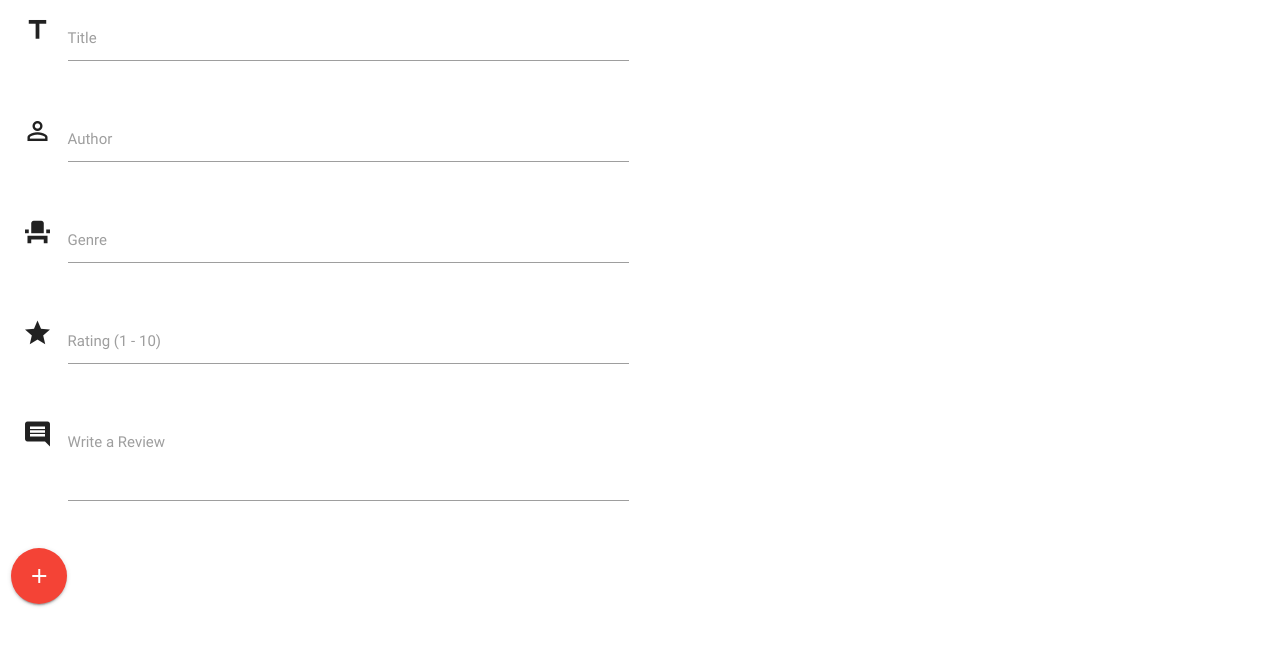
Repository: johnny-don/a-novel-idea
Page: http://localhost/add_review
The author's editor kept a record of every edit. The page is drawn from the files as they stood at one moment, then again after the next edit.
The browser window is 1280 px wide. The pictures show the whole page.
Some web libraries are served in a nearby version. The page is served by the project's application, run on Flask 3 (app.py).

Above is the page before.

After the next edit:
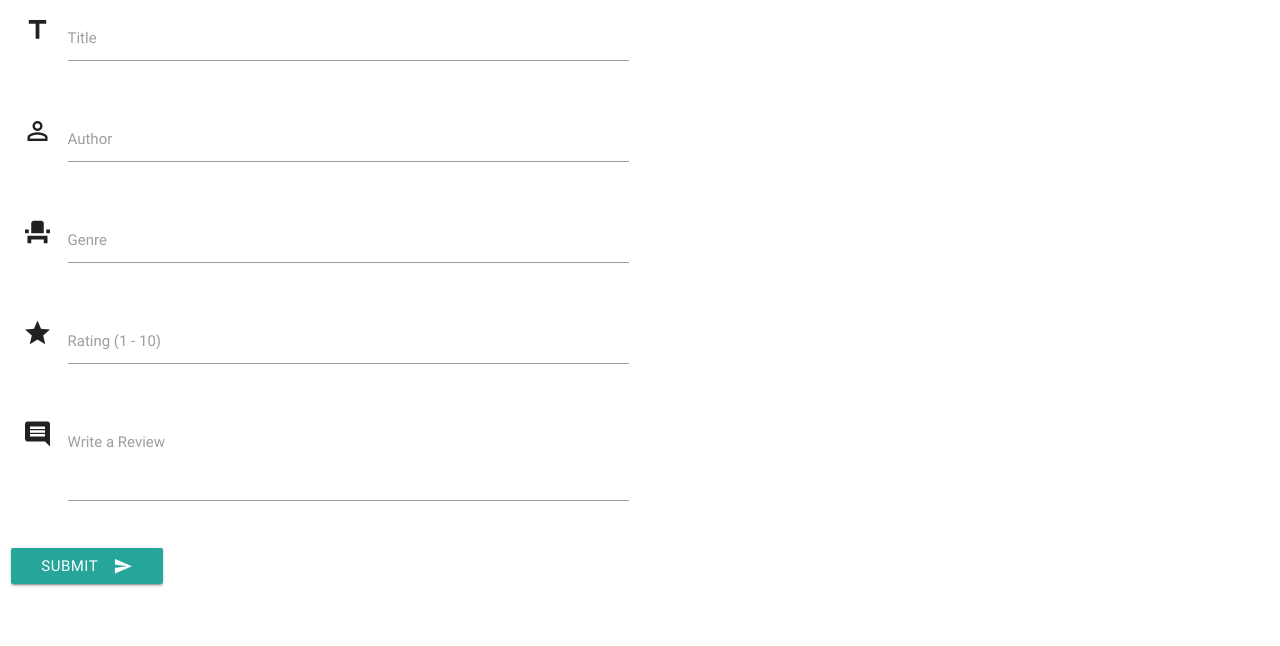
The edit:
--- a/templates/addreview.html
+++ b/templates/addreview.html
@@ -37,7 +37,9 @@
           <label for="icon_prefix2">Write a Review</label>
         </div>
       </div>
-      <a class=" submit-button btn-floating btn-large waves-effect waves-light red" id="submit_review"><i class="material-icons">add</i></a>
+      <button class="btn waves-effect waves-light" type="submit" name="action">Submit
+    <i class="material-icons right">send</i>
+  </button>
 
     </form>
   </div>
